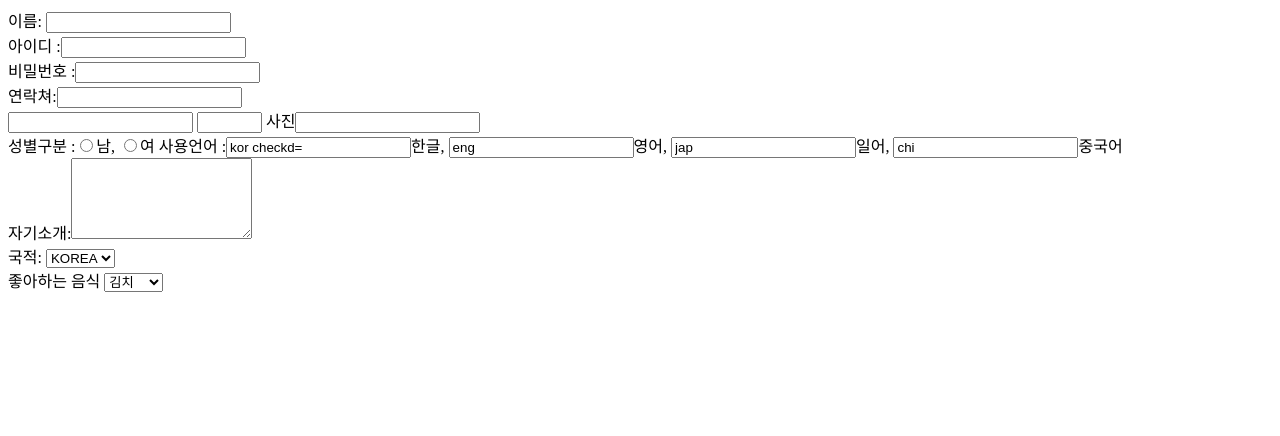
Repository: luna2222/web
Page: 01HTML5/WebContent/[4강]HTML태그/04_01.html
The author's editor kept a copy of each file at every save. The page is drawn from the files as they stood at one save, then again after the next save.
The browser window is 1280 px wide. The pictures show the whole page.

Above is the page before, as saved 2019-02-19 01:54:35.

After the next save:
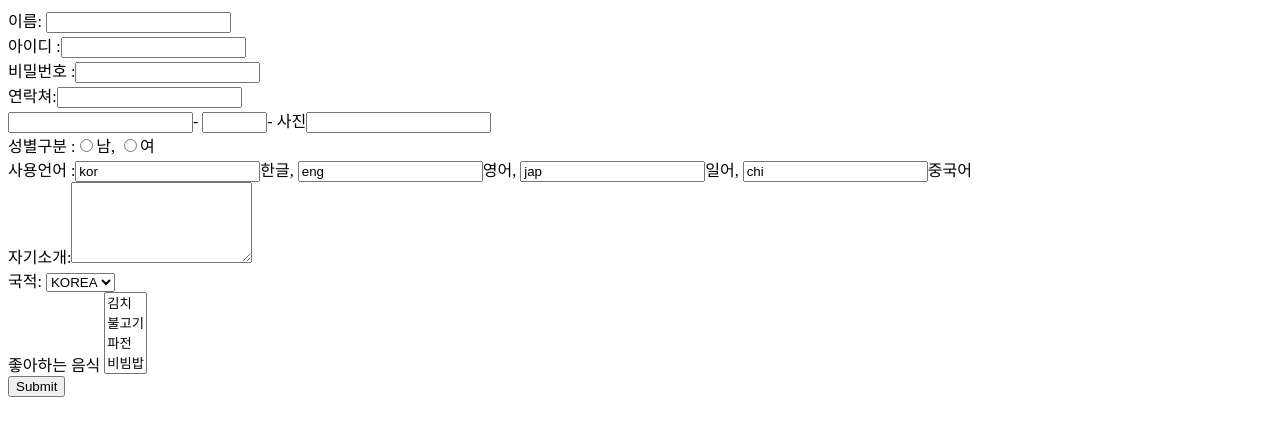
Saved 6 min 41 s later.
--- a/01HTML5/WebContent/[4강]HTML태그/04_01.html
+++ b/01HTML5/WebContent/[4강]HTML태그/04_01.html
@@ -10,15 +10,15 @@
 	 아이디 :<input type="text" name="uid"/><br/>
 	비밀번호 :<input type="password" name="upw"/><br/>
 	연락쳐:<input type="text" name="uphone"/><br/>
-	<input type="text" name="uphone2 size="5"/>
-	<input type="text" name=uphone3 size="5"/>
+	<input type="text" name="uphone2 size="5"/>-
+	<input type="text" name=uphone3 size="5"/>-
 	사진<input type="text" name="upic"/><br/>
 	성별구분 :<input type="radio" name="gender" value="m">남,
-	          <input type="radio" name="gender" value="w">여
-	사용언어 :<input type="checkbox "name="lan"value="kor checkd="checked"/>한글,
-	<input type="checkbox "name="lan"value="eng"/>영어,
-	<input type="checkbox "name="lan"value="jap"/>일어,
-	<input type="checkbox "name="lan"value="chi"/>중국어<br/>
+	          <input type="radio" name="gender" value="w">여<br/>
+	사용언어 :<input type="checkbox "name="lan" value="kor" checkd="checked"/>한글,
+	<input type="checkbox "name="lan" value="eng"/>영어,
+	<input type="checkbox "name="lan" value="jap"/>일어,
+	<input type="checkbox "name="lan" value="chi"/>중국어<br/>
 	자기소개:<textarea rows="5 cols="20"> </textarea><br/>
 	국적: <select>
 	<option>KOREA</option>
@@ -27,12 +27,13 @@
 	<option>CHINA</option>
 	</select></br>
 
-	좋아하는 음식 <select>
+	좋아하는 음식 <select multiple= "multiple">
 	<option>김치</option>
 	<option>불고기</option>
 	<option>파전</option>
 	<option>비빔밥</option>
 	</select><br/>
+	<input type="submit"/>
 </form>
 </body>
 </html>
